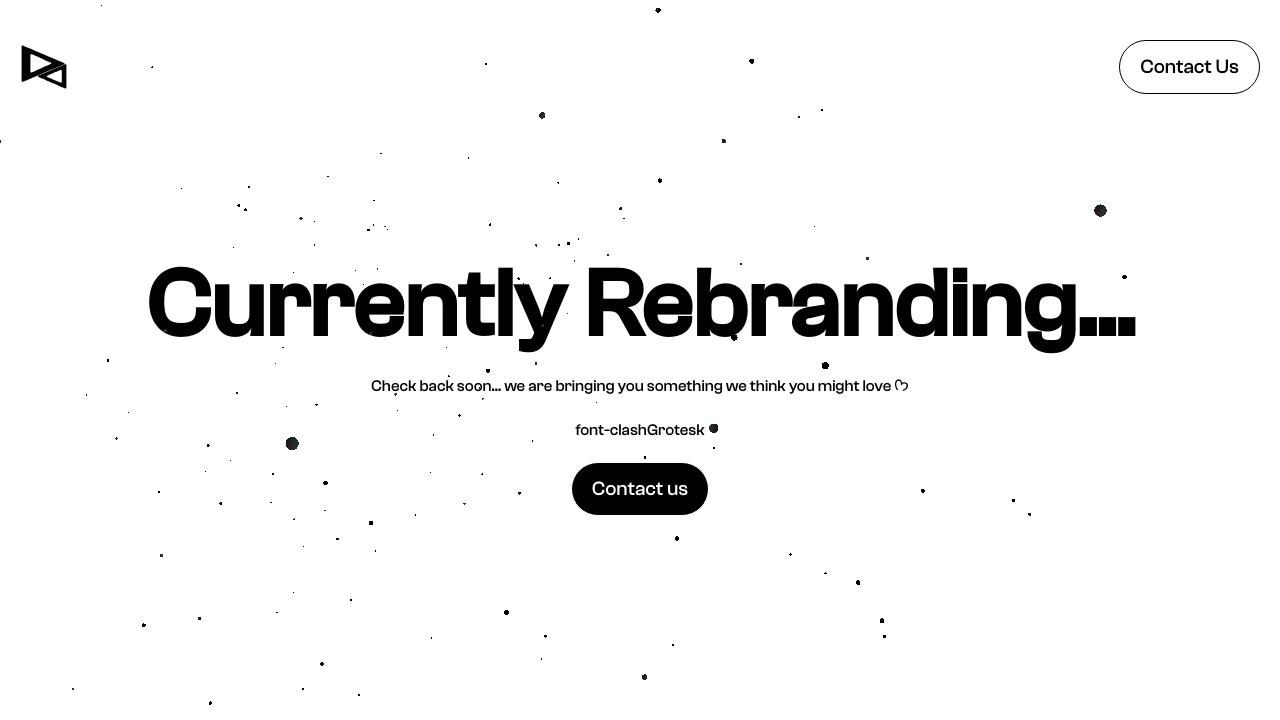
Repository: Cybugg/Nexxistudios-new
Page: /
These files come from the project's save history. The page is drawn as it stood at one moment and after the next save; the edit follows.
The browser window is 1280 px wide. The pictures show the whole page.
The project was rebuilt for these pictures with package versions that can differ from the ones it lists, and the page was loaded fresh each time. The framework's server and built-in components were replaced by stand-ins that run in the browser. Also part of the build but not shown: next.config.mjs.

Above is the page before, as saved 2025-09-06 16:13:37.

### app/layout.js
import { Geist, Geist_Mono } from "next/font/google";
import localFont from "next/font/local";
import "./globals.css";
import Particles from "./Effects/Particles";


const geistSans = Geist({
  variable: "--font-geist-sans",
  subsets: ["latin"],
});
const clashGrotesk = localFont({
  src:"../public/fonts/OTF/ClashGrotesk-Medium.otf",
  variable:"--font-clashGrotesk",
  style:"normal"
})

const geistMono = Geist_Mono({
  variable: "--font-geist-mono",
  subsets: ["latin"],
});

export const metadata = {
  title: "Create Next App",
  description: "Generated by create next app",
};

export default function RootLayout({ children }) {
  return (
    <html lang="en">
      <body
        className={`${geistSans.variable} ${geistMono.variable} antialiased relative ${clashGrotesk.variable} `}>
            <div className="absolute w-full h-screen">
              <Particles particleColors={['#000000', '#000000']}
    particleCount={300}
    particleSpread={10}
    speed={0.1}
    particleBaseSize={100}
    moveParticlesOnHover={true}
    alphaParticles={false}
    disableRotation={false}
  />
        </div>

        {children}
      </body>
    </html>
  );
}

### app/page.js
"use client"
import { useGSAP } from "@gsap/react";
import TopNav from "./components/topNav";
import gsap from 'gsap';
import { useRef } from "react";
import Particles from "./Effects/Particles";
import Hero from "./components/hero";




export default function Home() {
  const boxRef = useRef(null);
  useGSAP(() => {

    gsap.to("#progress", {
      width:"95%",
      duration:3,
      ease: 'power2.out',
    });
  },);

  return (
    <div className="grid grid-rows-[20px_1fr_20px] min-h-screen p-3 px-5  sm:p-5 bg-white text-black font-clashGrotesk">
      <main className="flex flex-col  row-start-2 items-center mx-auto container" >
  <TopNav />
    <Hero />
      </main>
      <footer className="row-start-3 flex gap-[24px] flex-wrap items-center justify-center">

      </footer>
    </div>
  );
}

### app/globals.css
@import "tailwindcss";

:root {
  --background: #ffffff;
  --foreground: #171717;

}

@theme inline {
  --color-background: var(--background);
  --color-foreground: var(--foreground);
  --font-sans: var(--font-geist-sans);
  --font-mono: var(--font-geist-mono);
  --font-clashGrotesk: var(--font-clashGrotesk)
}

@media (prefers-color-scheme: dark) {
  :root {
    --background: #0a0a0a;
    --foreground: #ededed;
  }
}

body {
  background: var(--background);
  color: var(--foreground);
  font-family: Arial, Helvetica, sans-serif;
}

### app/Effects/Particles.js
"use client"

import { useEffect, useRef } from 'react';
import { Renderer, Camera, Geometry, Program, Mesh } from 'ogl';

const defaultColors = ['#ffffff', '#ffffff', '#ffffff'];

const hexToRgb = hex => {
  hex = hex.replace(/^#/, '');
  if (hex.length === 3) {
    hex = hex
      .split('')
      .map(c => c + c)
      .join('');
  }
  const int = parseInt(hex, 16);
  const r = ((int >> 16) & 255) / 255;
  const g = ((int >> 8) & 255) / 255;
  const b = (int & 255) / 255;
  return [r, g, b];
};

const vertex = /* glsl */ `
  attribute vec3 position;
  attribute vec4 random;
  attribute vec3 color;

  uniform mat4 modelMatrix;
  uniform mat4 viewMatrix;
  uniform mat4 projectionMatrix;
  uniform float uTime;
  uniform float uSpread;
  uniform float uBaseSize;
  uniform float uSizeRandomness;

  varying vec4 vRandom;
  varying vec3 vColor;

  void main() {
    vRandom = random;
    vColor = color;

    vec3 pos = position * uSpread;
    pos.z *= 10.0;

    vec4 mPos = modelMatrix * vec4(pos, 1.0);
    float t = uTime;
    mPos.x += sin(t * random.z + 6.28 * random.w) * mix(0.1, 1.5, random.x);
    mPos.y += sin(t * random.y + 6.28 * random.x) * mix(0.1, 1.5, random.w);
    mPos.z += sin(t * random.w + 6.28 * random.y) * mix(0.1, 1.5, random.z);

    vec4 mvPos = viewMatrix * mPos;

    if (uSizeRandomness == 0.0) {
      gl_PointSize = uBaseSize;
    } else {
      gl_PointSize = (uBaseSize * (1.0 + uSizeRandomness * (random.x - 0.5))) / length(mvPos.xyz);
    }

    gl_Position = projectionMatrix * mvPos;
  }
`;

const fragment = /* glsl */ `
  precision highp float;

  uniform float uTime;
  uniform float uAlphaParticles;
  varying vec4 vRandom;
  varying vec3 vColor;

  void main() {
    vec2 uv = gl_PointCoord.xy;
    float d = length(uv - vec2(0.5));

    if(uAlphaParticles < 0.5) {
      if(d > 0.5) {
        discard;
      }
      gl_FragColor = vec4(vColor + 0.2 * sin(uv.yxx + uTime + vRandom.y * 6.28), 1.0);
    } else {
      float circle = smoothstep(0.5, 0.4, d) * 0.8;
      gl_FragColor = vec4(vColor + 0.2 * sin(uv.yxx + uTime + vRandom.y * 6.28), circle);
    }
  }
`;

const Particles = ({
  particleCount = 200,
  particleSpread = 10,
  speed = 0.1,
  particleColors,
  moveParticlesOnHover = false,
  particleHoverFactor = 1,
  alphaParticles = false,
  particleBaseSize = 100,
  sizeRandomness = 1,
  cameraDistance = 20,
  disableRotation = false,
  className
}) => {
  const containerRef = useRef(null);
  const mouseRef = useRef({ x: 0, y: 0 });

  useEffect(() => {
    const container = containerRef.current;
    if (!container) return;

    const renderer = new Renderer({ depth: false, alpha: true });
    const gl = renderer.gl;
    container.appendChild(gl.canvas);
    gl.clearColor(0, 0, 0, 0);

    const camera = new Camera(gl, { fov: 15 });
    camera.position.set(0, 0, cameraDistance);

    const resize = () => {
      const width = container.clientWidth;
      const height = container.clientHeight;
      renderer.setSize(width, height);
      camera.perspective({ aspect: gl.canvas.width / gl.canvas.height });
    };
    window.addEventListener('resize', resize, false);
    resize();

    const handleMouseMove = e => {
      const rect = container.getBoundingClientRect();
      const x = ((e.clientX - rect.left) / rect.width) * 2 - 1;
      const y = -(((e.clientY - rect.top) / rect.height) * 2 - 1);
      mouseRef.current = { x, y };
    };

    if (moveParticlesOnHover) {
      container.addEventListener('mousemove', handleMouseMove);
    }

    const count = particleCount;
    const positions = new Float32Array(count * 3);
    const randoms = new Float32Array(count * 4);
    const colors = new Float32Array(count * 3);
    const palette = particleColors && particleColors.length > 0 ? particleColors : defaultColors;

    for (let i = 0; i < count; i++) {
      let x, y, z, len;
      do {
        x = Math.random() * 2 - 1;
        y = Math.random() * 2 - 1;
        z = Math.random() * 2 - 1;
        len = x * x + y * y + z * z;
      } while (len > 1 || len === 0);
      const r = Math.cbrt(Math.random());
      positions.set([x * r, y * r, z * r], i * 3);
      randoms.set([Math.random(), Math.random(), Math.random(), Math.random()], i * 4);
      const col = hexToRgb(palette[Math.floor(Math.random() * palette.length)]);
      colors.set(col, i * 3);
    }

    const geometry = new Geometry(gl, {
      position: { size: 3, data: positions },
      random: { size: 4, data: randoms },
      color: { size: 3, data: colors }
    });

    const program = new Program(gl, {
      vertex,
      fragment,
      uniforms: {
        uTime: { value: 0 },
        uSpread: { value: particleSpread },
        uBaseSize: { value: particleBaseSize },
        uSizeRandomness: { value: sizeRandomness },
        uAlphaParticles: { value: alphaParticles ? 1 : 0 }
      },
      transparent: true,
      depthTest: false
    });

    const particles = new Mesh(gl, { mode: gl.POINTS, geometry, program });

    let animationFrameId;
    let lastTime = performance.now();
    let elapsed = 0;

    const update = t => {
      animationFrameId = requestAnimationFrame(update);
      const delta = t - lastTime;
      lastTime = t;
      elapsed += delta * speed;

      program.uniforms.uTime.value = elapsed * 0.001;

      if (moveParticlesOnHover) {
        particles.position.x = -mouseRef.current.x * particleHoverFactor;
        particles.position.y = -mouseRef.current.y * particleHoverFactor;
      } else {
        particles.position.x = 0;
        particles.position.y = 0;
      }

      if (!disableRotation) {
        particles.rotation.x = Math.sin(elapsed * 0.0002) * 0.1;
        particles.rotation.y = Math.cos(elapsed * 0.0005) * 0.15;
        particles.rotation.z += 0.01 * speed;
      }

      renderer.render({ scene: particles, camera });
    };

    animationFrameId = requestAnimationFrame(update);

    return () => {
      window.removeEventListener('resize', resize);
      if (moveParticlesOnHover) {
        container.removeEventListener('mousemove', handleMouseMove);
      }
      cancelAnimationFrame(animationFrameId);
      if (container.contains(gl.canvas)) {
        container.removeChild(gl.canvas);
      }
    };
    // eslint-disable-next-line react-hooks/exhaustive-deps
  }, [
    particleCount,
    particleSpread,
    speed,
    moveParticlesOnHover,
    particleHoverFactor,
    alphaParticles,
    particleBaseSize,
    sizeRandomness,
    cameraDistance,
    disableRotation
  ]);

  return <div ref={containerRef} className={`relative w-full h-full ${className}`} />;
};

export default Particles;

### app/components/topNav.js
import Image from 'next/image';
import React from 'react'
import logo from "@/assets/images/logo-light.svg"

function TopNav() {
  return (
    <div className="flex justify-between items-center w-full ">
    {/* Logo */}
    <div>
      <Image src={logo} width={48} height={46} alt="nexxistudios's logo" />
    </div>
    <ul>
      <li className="py-3 px-5 text-xl rounded-full border cursor-pointer">
Contact Us
      </li>
    </ul>
  </div>
  )
}

export default TopNav;

### app/components/hero.js
import React from 'react'

function Hero() {
  return (
     <section className="h-full w-full flex items-center justify-center">
    <div className="">
    {/* <div className="text-3xl">
    Re-branding in Progress...
    </div> */}
    <div className="flex flex-col items-center justify-center gap-5 w-full">

{/* Main Text */}
<h1 className=" text-black flex items-center justify-center  w-full font-bold  text-8xl ">
Currently Rebranding...
</h1>
{/* Sub-text */}
<p className="">
  Check back soon... we are bringing you something we think you might love ᡣ𐭩
</p> font-clashGrotesk
{/* CTA Button */}
<button className="py-3 px-5 text-xl rounded-full border cursor-pointer bg-black text-white z-50">
  Contact us
</button>
    </div>

    <div>

    </div>
    </div>
      </section>
  )
}

export default Hero;

After the next save:
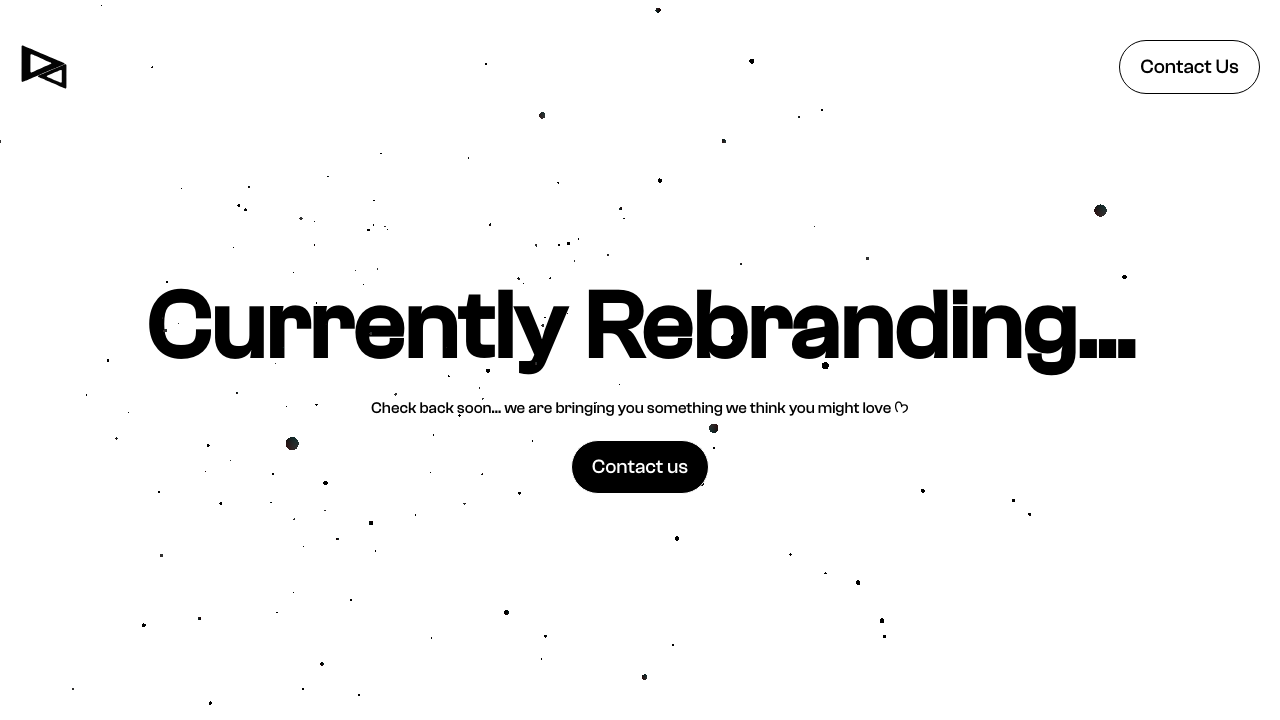
Saved 70 s later.
--- a/app/components/hero.js
+++ b/app/components/hero.js
@@ -16,7 +16,7 @@ Currently Rebranding...
 {/* Sub-text */}
 <p className="">
   Check back soon... we are bringing you something we think you might love ᡣ𐭩
-</p> font-clashGrotesk
+</p>
 {/* CTA Button */}
 <button className="py-3 px-5 text-xl rounded-full border cursor-pointer bg-black text-white z-50">
   Contact us
